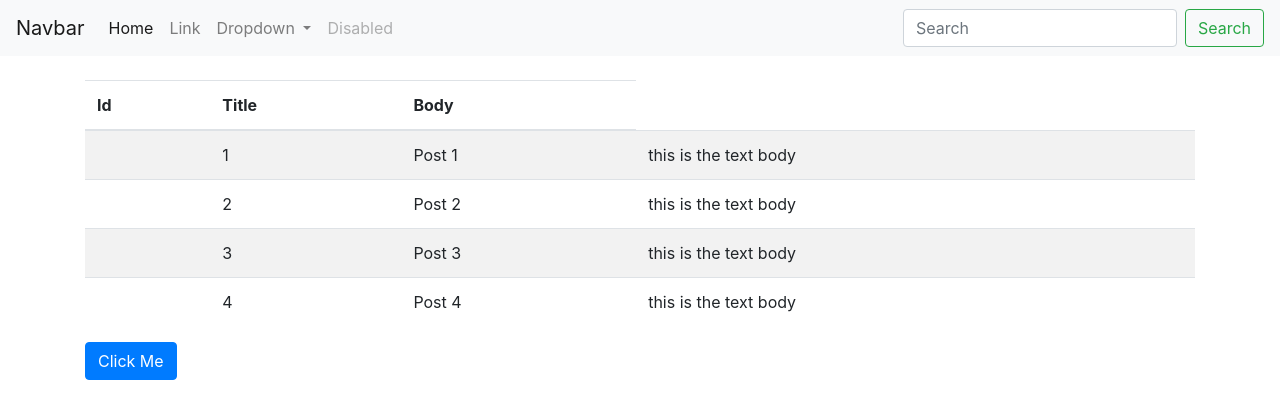
Repository: nashthecoder/vuebasics
Page: / (app in vue-app/demo/)
The author's editor kept a copy of each file at every save. The page is drawn from the files as they stood at one save, then again after the next save.
The browser window is 1280 px wide. The pictures show the whole page.
The project was rebuilt for these pictures with package versions that can differ from the ones it lists, and the page was loaded fresh each time. Also part of the build but not shown: vue-app/demo/src/components/HelloWorld.vue.

Above is the page before, as saved 2021-01-06 19:57:57.

After the next save:
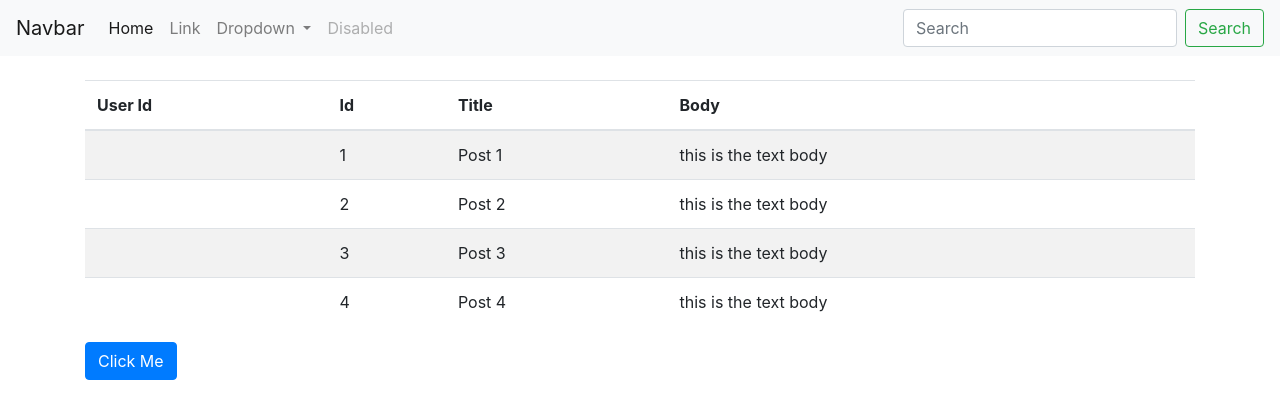
Saved 5 min 14 s later.
--- a/vue-app/demo/src/components/Posts.vue
+++ b/vue-app/demo/src/components/Posts.vue
@@ -3,6 +3,7 @@
     <table class="table table-striped mt-4">
   <thead>
     <tr>
+      <th scope="col">User Id</th>
       <th scope="col">Id</th>
       <th scope="col">Title</th>
       <th scope="col">Body</th>
